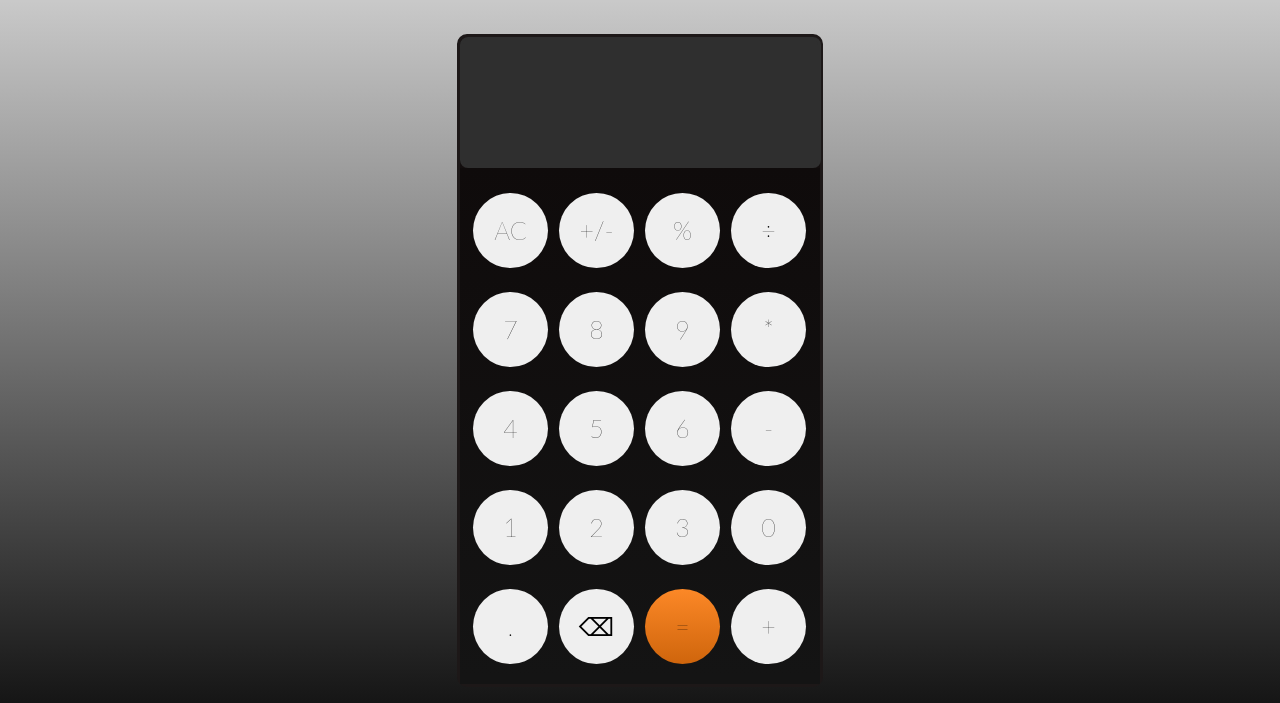
Repository: MhlengiNgubane/BrainnestJsTwo
Page: index.html
These files come from the project's save history. The page is drawn as it stood at one moment and after a run of saves; the edit follows.
The browser window is 1280 px wide. The pictures show the whole page.

Above is the page before, as saved 2022-09-12 09:42:17.

After the next 2 saves:
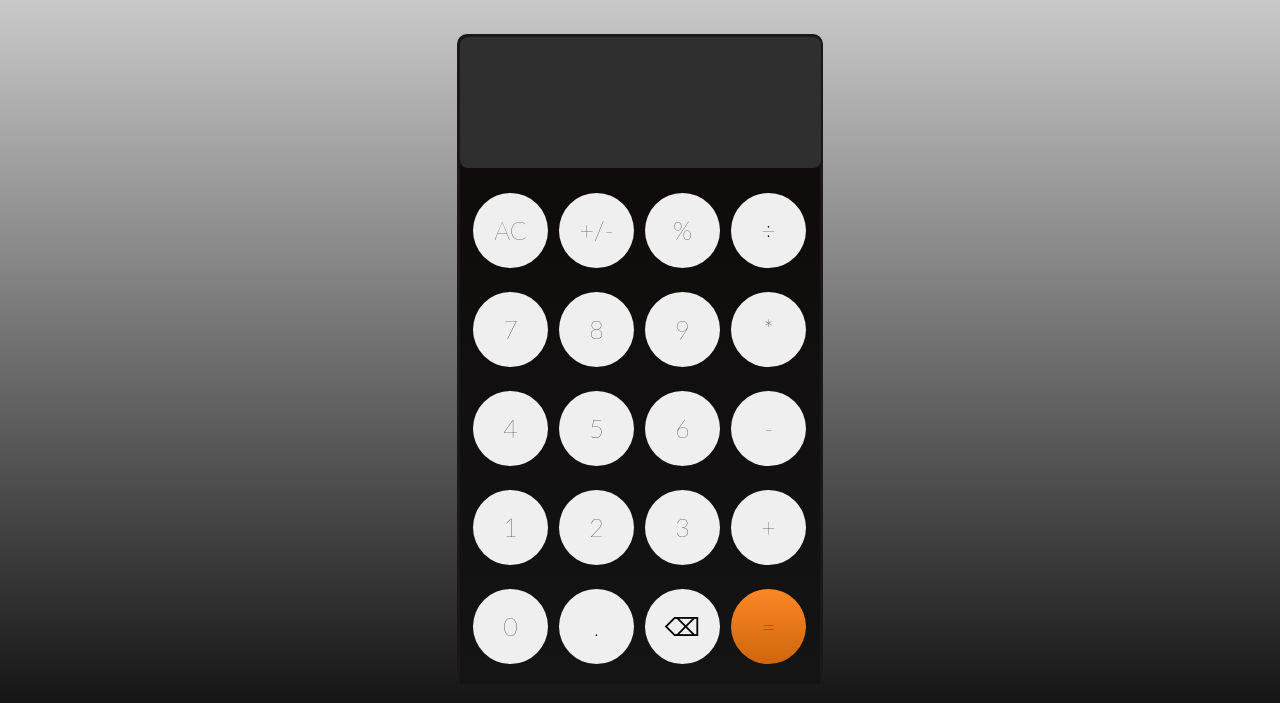
The 2 saves are shown as one change because they came seconds apart.
The last was saved 10 s later.
--- a/index.html
+++ b/index.html
@@ -30,13 +30,13 @@
                     <button value="1" class="number">1</button>
                     <button value="2" class="number">2</button>
                     <button value="3" class="number">3</button>
-
+                    <button value="+" class="brown operator">+</button>
 
                     <button value="0" class="zero number">0</button>
                     <button value="." class="decimal">.</button>
                     <button value="DEL" class="brown delete">⌫</button>
                     <button value="=" class="equal operator">=</button>
-                    <button value="+" class="brown operator">+</button>
+
                 </div>
             </div>
 
